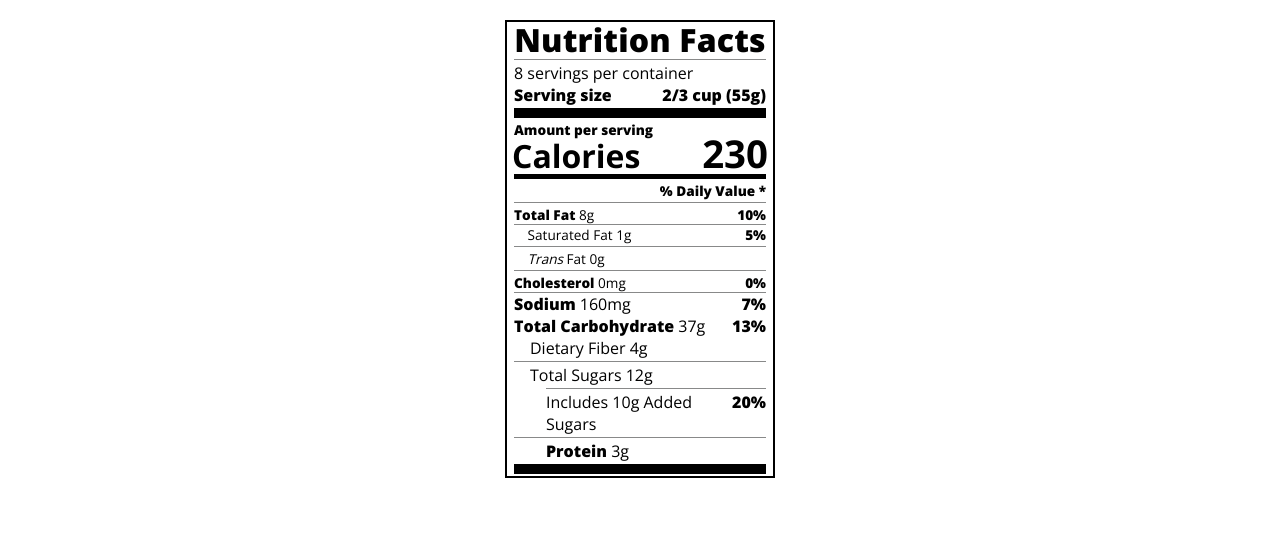
Repository: AimenDje/NutritionLabel
Page: index.html
These files come from the project's save history. The page is drawn as it stood at one moment and after the next save; the edit follows.
The browser window is 1280 px wide. The pictures show the whole page.

Above is the page before, as saved 2025-08-30 23:44:01.

After the next save:
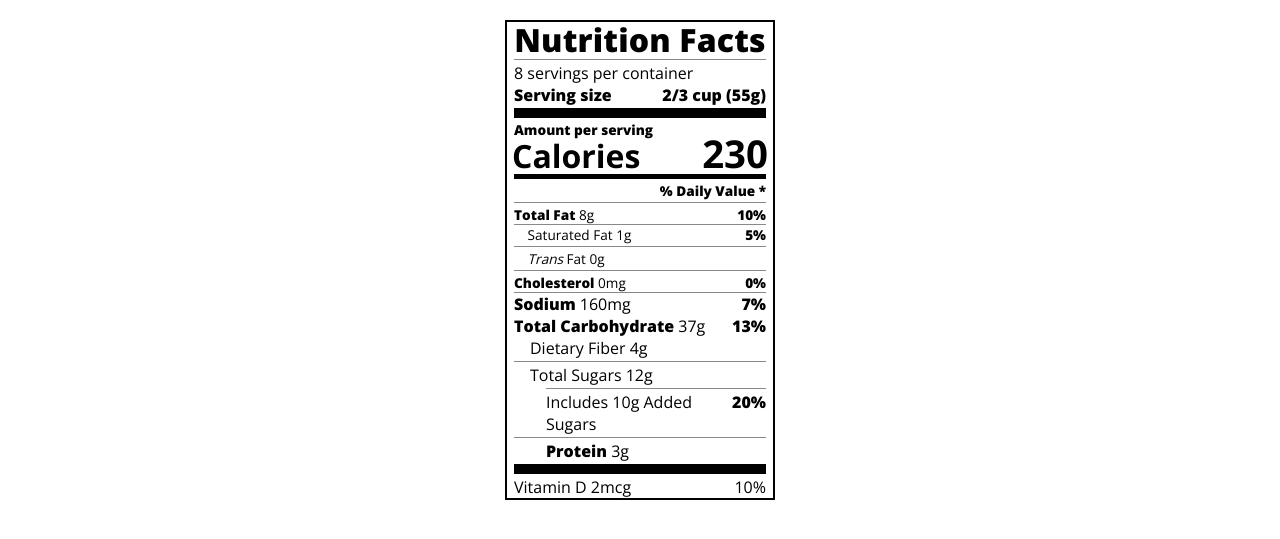
Saved 2 min 34 s later.
--- a/index.html
+++ b/index.html
@@ -45,6 +45,7 @@
       <div class="divider"></div>
       <p class="double-indent no-divider"><span><span class="bold">Protein</span> 3g</span></p>
       <div class="divider large"></div>
+      <p>Vitamin D 2mcg <span>10%</span></p>
     </div>
   </div>
   </div>
